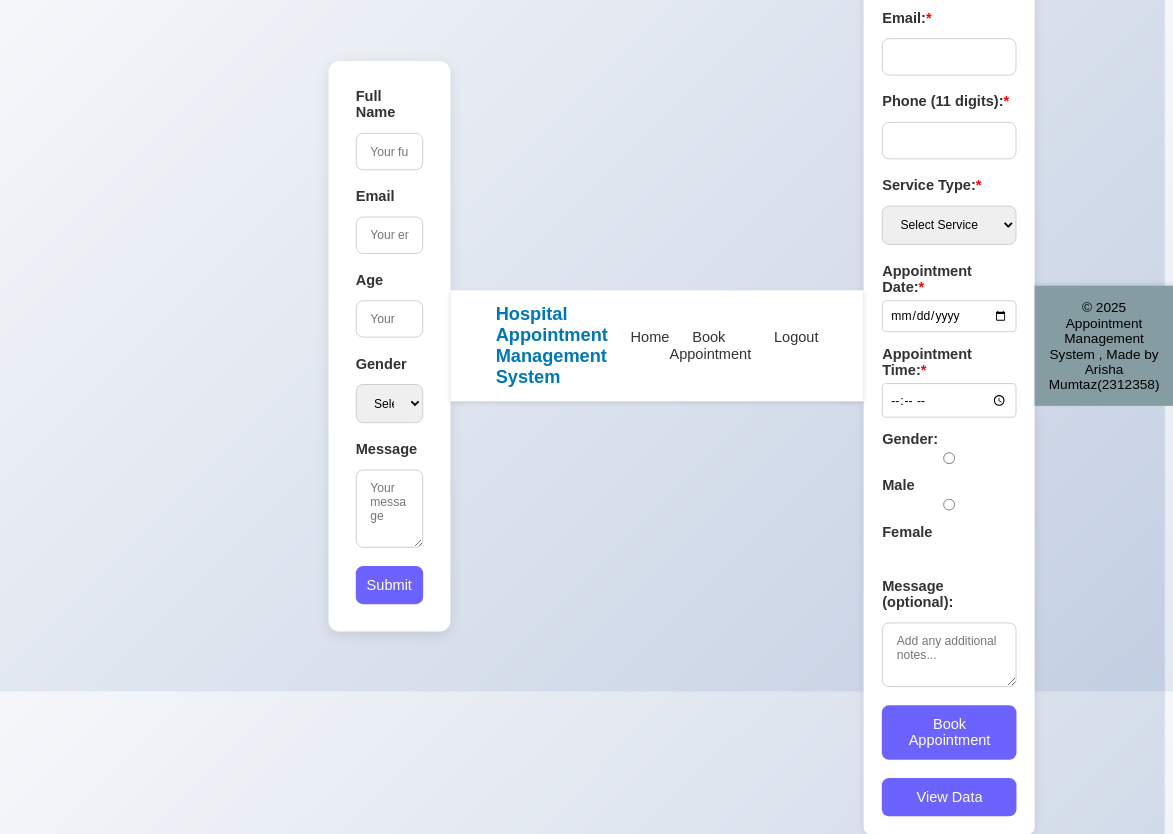
Repository: Arisha004/Hospital-appointment-management-system-
Page: http://localhost/
The author's editor kept a copy of each file at every save. The page is drawn from the files as they stood at one save, then again after the next save.
The browser window is 1280 px wide. The page is 1289 px wide, then 1280 px, so the pictures cover 1289 px, including what lies to the right of the window. The pictures show the whole page, at 91% of full size.
The page is run by PHP 8.4 with error messages shown; the project is at /var/www/html/.

Above is the page before, as saved 2025-11-16 14:40:55.

After the next save:
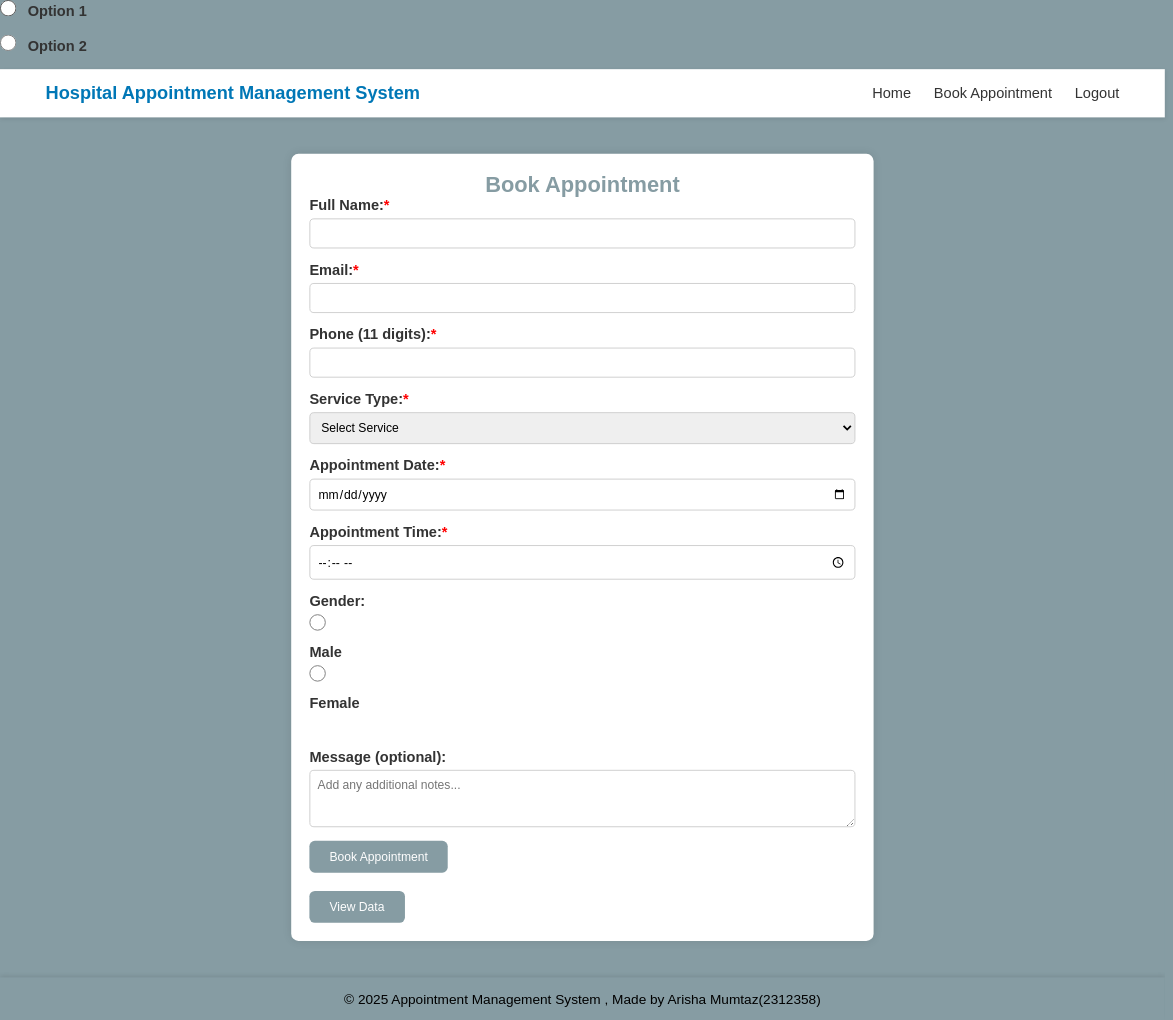
Saved 8 s later.
--- a/index.php
+++ b/index.php
@@ -2,130 +2,24 @@
 <head>
 <title>Book Appointment</title>
 <link rel="stylesheet" href="style2.css">
-<!DOCTYPE html>
-<html lang="en">
-<head>
-    <meta charset="UTF-8">
-    <meta name="viewport" content="width=device-width, initial-scale=1.0">
-    <title>Styled Form</title>
-    <style>
-        body {
-            font-family: Arial, sans-serif;
-            background: linear-gradient(135deg, #f5f7fa, #c3cfe2);
-            display: flex;
-            justify-content: center;
-            align-items: center;
-            height: 100vh;
-            margin: 20px;
-            padding: 40px;
-        }
+<style>
+  input[type='radio'] {
+    width: 18px;
+    height: 18px;
+    accent-color: #2196F3;
+    margin-right: 8px;
+    cursor: pointer;
+  }
+  label {
+    font-family: Arial, sans-serif;
+    font-size: 16px;
+    margin-right: 15px;
+    cursor: pointer;
+  }
+</style>
 
-        table {
-            border-collapse: collapse;
-            width: 80%;
-            background-color: #ffffff;
-            box-shadow: 0 4px 15px rgba(0,0,0,0.1);
-            border-radius: 12px;
-            overflow: hidden;
-        }
-
-        th, td {
-            padding: 12px 20px;
-            text-align: left;
-            border-bottom: 1px solid #ddd;
-        }
-
-        th {
-            background-color: #6c63ff;
-            color: white;
-            font-weight: bold;
-        }
-
-        tr:hover {
-            background-color: #f1f1f1;
-        }
-
-        #registerform {
-            background-color: #ffffff;
-            padding: 30px;
-            border-radius: 12px;
-            box-shadow: 0 4px 15px rgba(0,0,0,0.1);
-            width: 100%;
-            max-width: 400px;
-            margin-left: 370px;
-        }
-
-        input[type="text"],
-        input[type="email"],
-        input[type="password"],
-        input[type="number"],
-        textarea,
-        select {
-            width: 100%;
-            padding: 12px 15px;
-            margin: 8px 0 20px 0;
-            border: 1px solid #ccc;
-            border-radius: 8px;
-            box-sizing: border-box;
-            transition: 0.3s;
-        }
-
-        input:focus, textarea:focus, select:focus {
-            border-color: #6c63ff;
-            outline: none;
-            box-shadow: 0 0 5px rgba(108, 99, 255, 0.5);
-        }
-
-        button {
-            width: 100%;
-            background-color: #6c63ff;
-            color: white;
-            padding: 12px;
-            border: none;
-            border-radius: 8px;
-            cursor: pointer;
-            font-size: 16px;
-            transition: 0.3s;
-        }
-        button:hover {
-            background-color: #574fd6;
-        }
-
-        label {
-            font-weight: bold;
-            margin-bottom: 5px;
-            display: block;
-        }
-    </style>
-</head>
-<body>
-    <div id="registerform">
-        <form>
-            <label for="name">Full Name</label>
-            <input type="text" id="name" name="name" placeholder="Your full name">
-
-            <label for="email">Email</label>
-            <input type="email" id="email" name="email" placeholder="Your email">
-
-            <label for="age">Age</label>
-            <input type="number" id="age" name="age" placeholder="Your age">
-
-            <label for="gender">Gender</label>
-            <select id="gender" name="gender">
-                <option value="">Select Gender</option>
-                <option value="male">Male</option>
-                <option value="female">Female</option>
-                <option value="other">Other</option>
-            </select>
-
-            <label for="message">Message</label>
-            <textarea id="message" name="message" rows="4" placeholder="Your message"></textarea>
-
-            <button type="submit">Submit</button>
-        </form>
-    </div>
-</body>
-</html>
+<label><input type='radio' name='example'> Option 1</label>
+<label><input type='radio' name='example'> Option 2</label>
 </head>
 <body>
  <header class="navbar">
